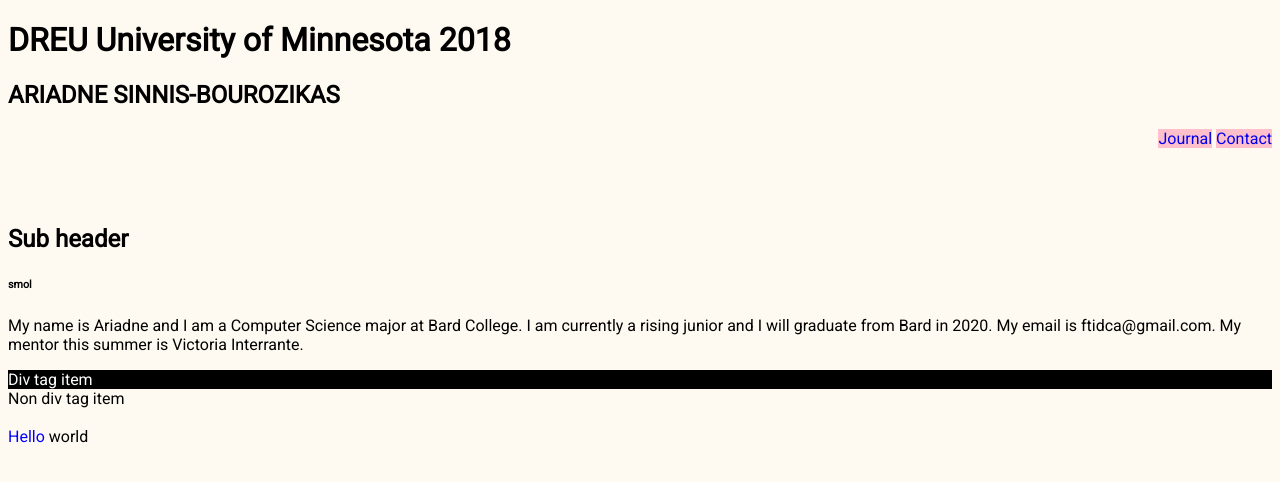
Repository: ariadnesb/dreu2018
Page: index.html
The author's editor kept a record of every edit. The page is drawn from the files as they stood at one moment, then again after the next edit.
The browser window is 1280 px wide. The pictures show the whole page.

Above is the page before.

### index.html
<!DOCTYPE html>
<html>
    <head>
        <title>It's me</title>
        <link rel="stylesheet" href="styles.css">
        <link href="https://fonts.googleapis.com/css?family=Roboto" rel="stylesheet">
    </head>

    <body>
        <div id="header">
            <h1>DREU University of Minnesota 2018 </h1>
            <h2>ARIADNE SINNIS-BOUROZIKAS</h2>

            <ul class="nav-bar">
                <li><a href="/journal.html">Journal</a></li>
                <li><a href="/contact.html">Contact</a></li>

        </div>


        <br><br>
        <br><br>


        <h2>Sub header</h2>
        <h6>smol</h6>

        <p>
        My name is Ariadne and I am a Computer Science major at Bard College. I am currently a rising junior and I will graduate from Bard in 2020. My email is ftidca@gmail.com.

        My mentor this summer is Victoria Interrante.
        </p>

        <!--- divs and spans can have 1 id but many classes -->
        <div id="custom-id">
            Div tag item
        </div>
        Non div tag item

        <br><br>
        <span class="custom-class">Hello</span> world



    </body>

</html>

### styles.css
html {
  /* everything that u put here will impact contents of <html>
  aka everything */
  font-family: 'Roboto', sans-serif;
  background-color: #FEFAF1;

}

#custom-id {
    background-color: black;
    color: white;
}

.custom-class{
    color: blue;
    display: inline;

}

#name {
    color: #66D167;
}

#header .nav-bar  {
    float: right;
    list-style-type: none;
    margin: 0;
    padding: 0;

}

#header li {
    display: inline;
    padding: 0;
    background-color: pink;
}

#header a {
    text-decoration: none;
    display: inline;

}

#header a:hover {
    background-color: black;
    display: inline;
    color:white;
}

After the next edit:
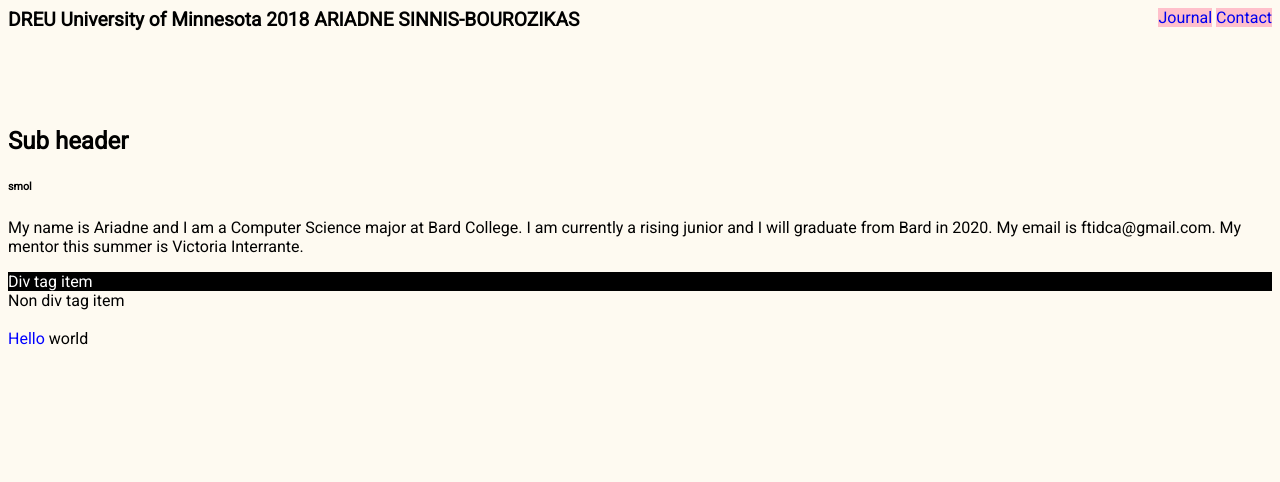
The edit:
--- a/styles.css
+++ b/styles.css
@@ -19,6 +19,17 @@
 
 #name {
     color: #66D167;
+}
+
+#header h1 {
+    font-size: 1.2em;
+    display: inline;
+}
+
+#header h2 {
+    font-size: 1.2em;
+    display: inline;
+    color: var(--pale);
 }
 
 #header .nav-bar  {
